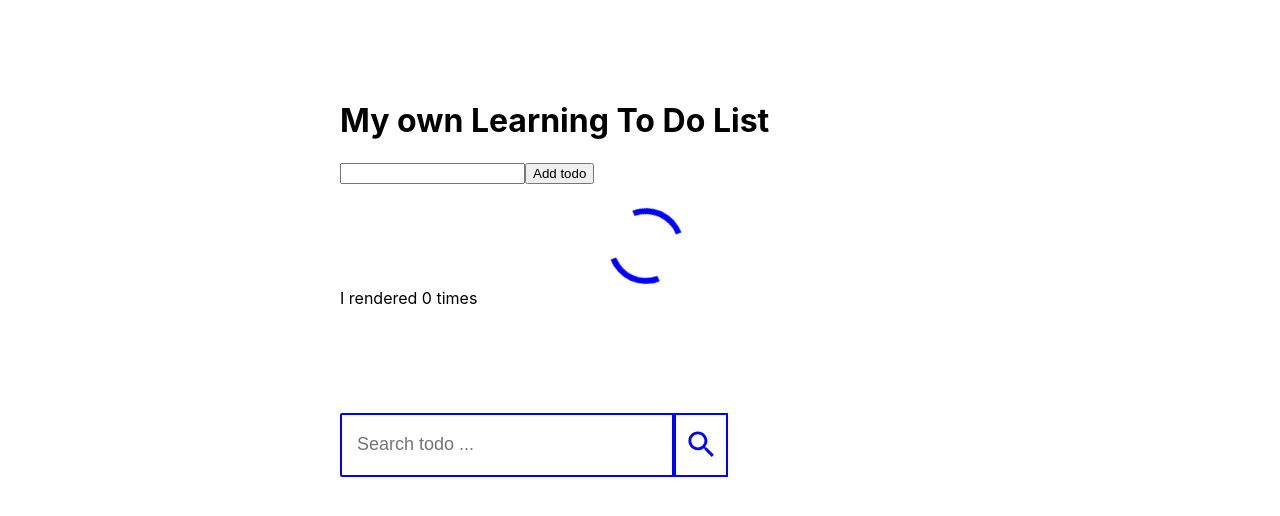
Repository: ArusyakAghajanyan/To-Do
Page: /
An editor plug-in stored every save of this project. The page is shown before and after the next save, followed by the edit.
The browser window is 1280 px wide. The pictures show the whole page.
The page's requests for data from a server got no answer. The project was rebuilt for these pictures with package versions that can differ from the ones it lists, and the page was loaded fresh each time. No one was signed in, and anything a server would have sent is missing. Also part of the build but not shown: src/Todo/TodoItem.js, src/Todo/TodoList.js.

Above is the page before, as saved 2022-03-11 02:03:39.

After the next save:
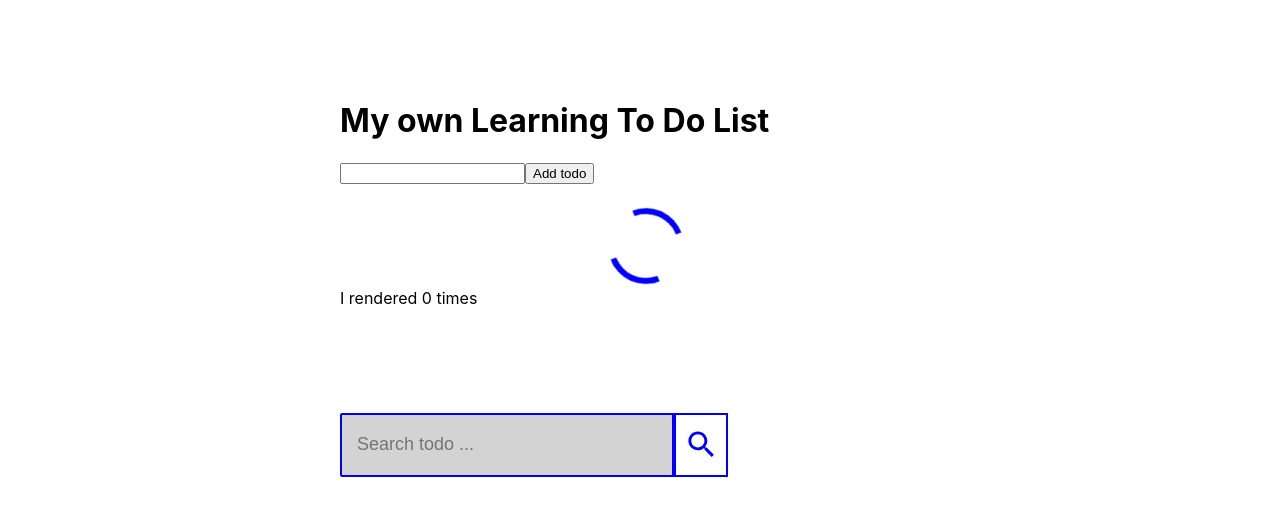
Saved 5 s later.
--- a/src/Search/SearchBar.css
+++ b/src/Search/SearchBar.css
@@ -4,7 +4,7 @@
   }
 
   .search input{
-    background-color: light;
+    background-color: lightgray;
     border: 2px solid blue;
     border-radius: 2px;
     border-top-right-radius: 0px;
